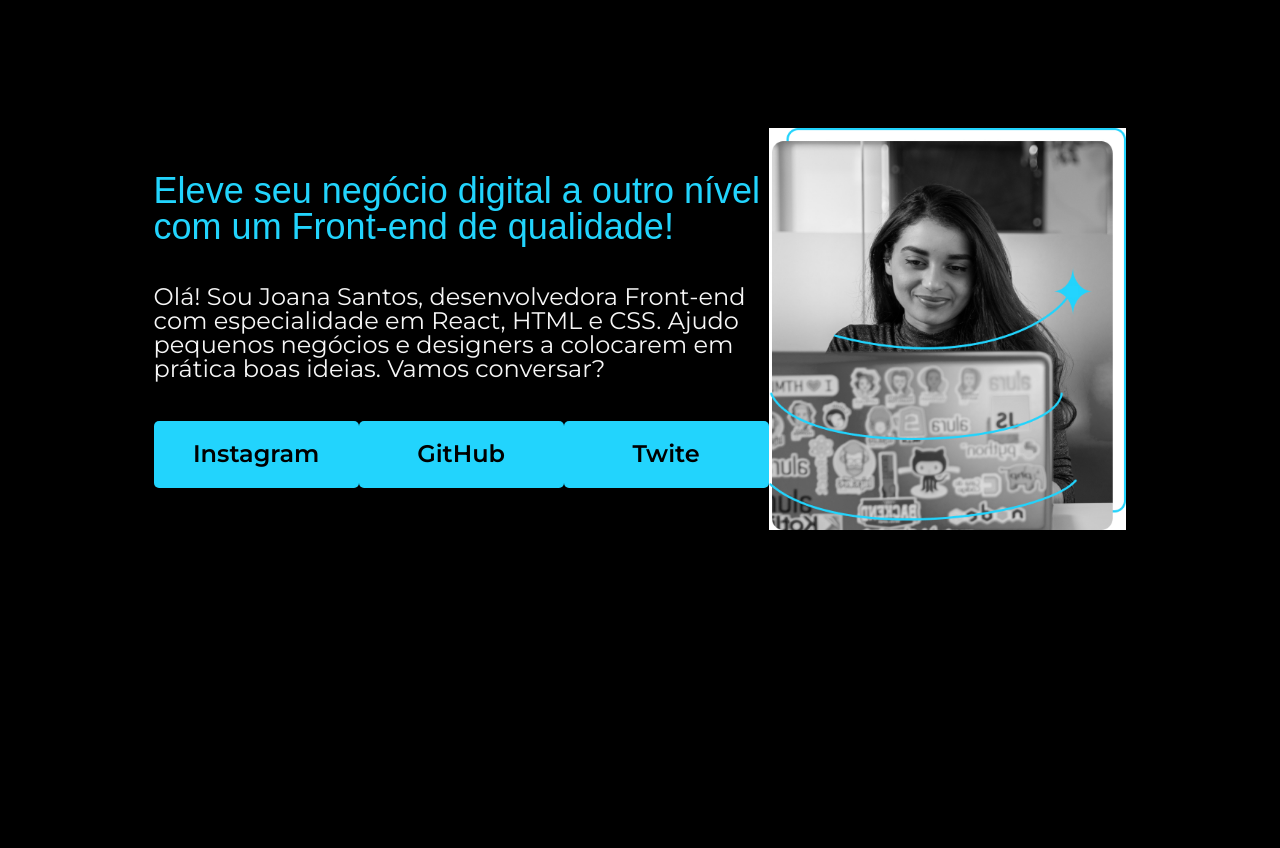
Repository: joaoPraiaJunior/html-basico
Page: index.html
The author's editor kept a copy of each file at every save. The page is drawn from the files as they stood at one save, then again after the next save.
The browser window is 1280 px wide. The pictures show the whole page.
Some web fonts or font styles are not loaded; a fallback is used.

Above is the page before, as saved 2024-06-06 18:08:13.

After the next save:
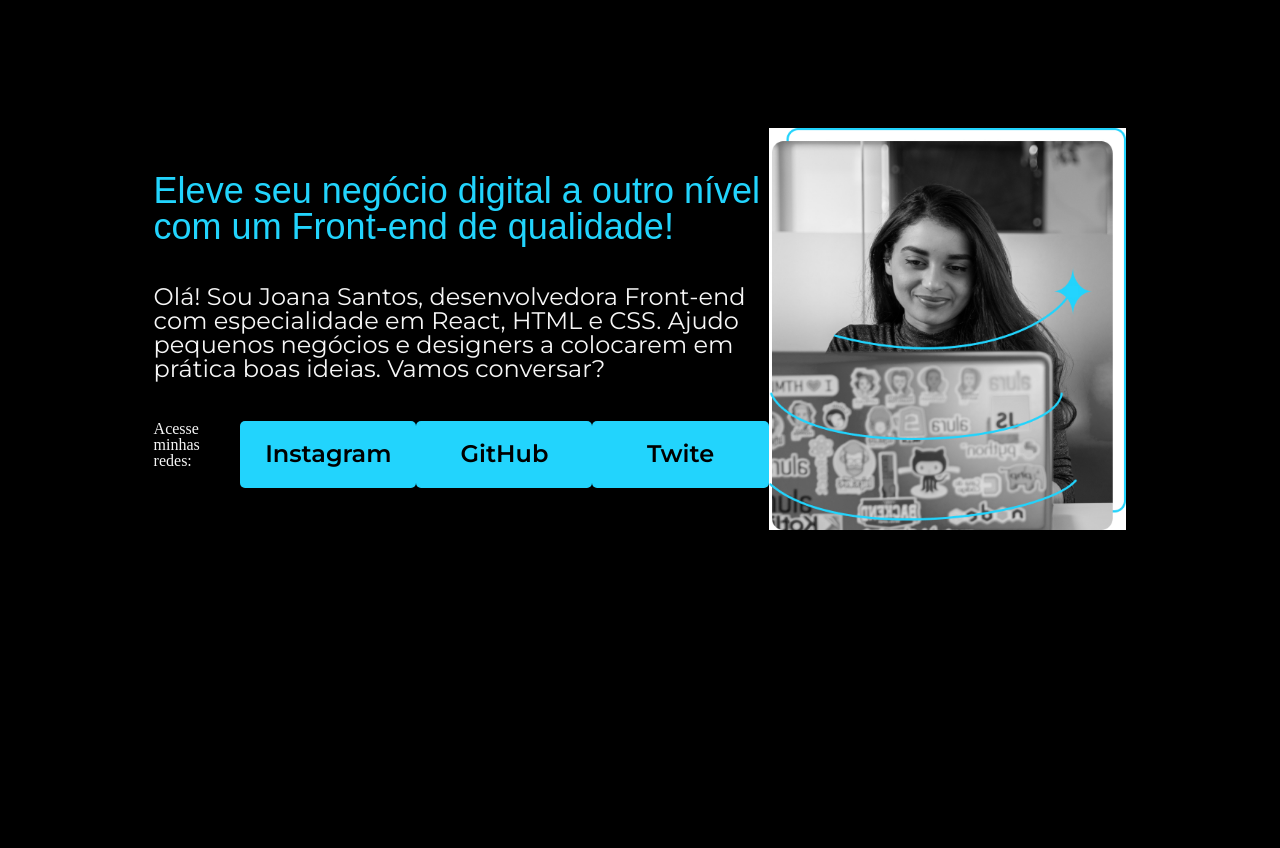
Saved 31 s later.
--- a/index.html
+++ b/index.html
@@ -21,6 +21,7 @@
           prática boas ideias. Vamos conversar?
         </p>
         <div class="apresentacao__links">
+          <h2>Acesse minhas redes:</h2>
           <a class="apresentacao__link" href="https://www.instagram.com/joaopraiajunior/">Instagram</a>
           <a class="apresentacao__link" href="https://github.com/joaoPraiaJunior">GitHub</a>
           <a class="apresentacao__link" href="http://">Twite</a>
